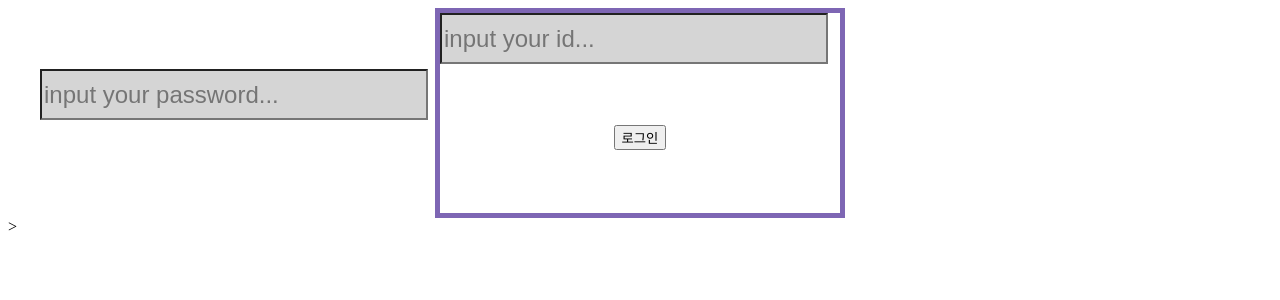
Repository: hyeong-jun-98/SL_front
Page: web0810/src/main/webapp/member/login_form.html
An editor plug-in stored every save of this project. The page is shown before and after the next save, followed by the edit.
The browser window is 1280 px wide. The pictures show the whole page.

Above is the page before, as saved 2022-08-10 03:21:13.

### web0810/src/main/webapp/member/login_form.html
<!DOCTYPE html>
<html lang="en">

<head>
    <meta charset="UTF-8">

    <title>Document</title>
    <style>
        #wrapper {
            width: 400px;
            height: 200px;
            border: 5px solid rgb(126, 102, 180);
            margin: auto;
        }

        input {
            width: 95%;
            height: 45px;
            background: #d5d5d5;
            font-size: 24px;
        }

        div {
            margin-bottom: 5px;
        }
    </style>
    <script src="https://ajax.googleapis.com/ajax/libs/jquery/3.6.0/jquery.min.js"></script>
    <script>
        function checkValid() {
            // 아이디 비밀번호 유효성 검증
            var id = document.querySelector("input[name = 'id']");
            var password = document.querySelector("input[name = 'password']");

            if (id.value.length < 1) {
                alert("아이디를 입력하세요.");
                id.focus();
            } else if (password.value.length < 1) {
                alert("비밀번호를 입력하시오.");
                password.focus();
            }

            $("form").attr({
                "action" :"/member/login.jsp",
                "method" : "post"
            });
            $("form").submit();


        }
        $(document).ready(function () {

            $("#id").animate({
                "left": "0px"
            })
            $("#password").animate({
                left: "0px"
            })

            $("button").click(function () {
                checkValid();
            })
        })

    </script>
</head>

<body>
    <form>
        <div id="wrapper">
            <div style="position: relative; left : -400px;" id="id">
                <input type="text" placeholder="input your id..." name="user_id">
            </div>
            <div style="position:relative; left: -400px;" name ="password">
                <input type="password" placeholder="input your password..." name="pass">
            </div>
            <div style="text-align: center;">
                <!-- html5에서 제공되는 button 요소는 내부적으로 자동 submit() 처리되어 있어서
                특히 form 태그로 감샀을 때 개발자가 submit() 호출하지 않아도 자동으로 전송한다.
                방지 방법 : js에서 막는방법, button 요소를 form 태그에서 꺼내버린다. -->
                <button>로그인</button>
            </div>
        </div>
    </form>
</body>

</html>>

After the next save:
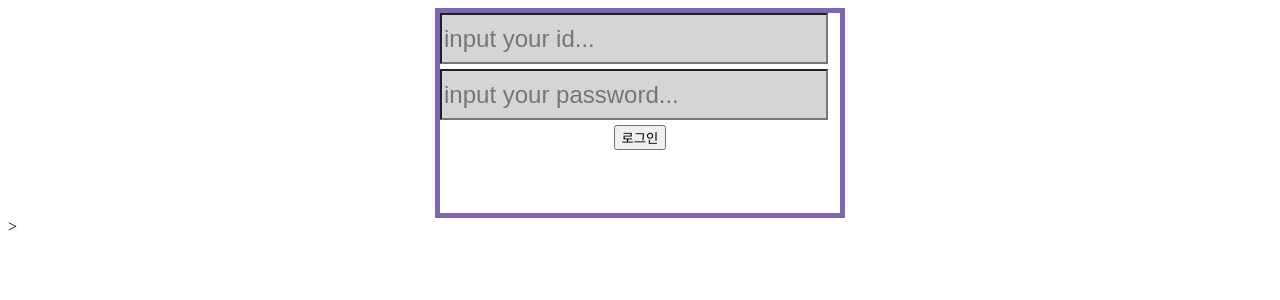
Saved 47 s later.
--- a/web0810/src/main/webapp/member/login_form.html
+++ b/web0810/src/main/webapp/member/login_form.html
@@ -70,7 +70,7 @@
             <div style="position: relative; left : -400px;" id="id">
                 <input type="text" placeholder="input your id..." name="user_id">
             </div>
-            <div style="position:relative; left: -400px;" name ="password">
+            <div style="position:relative; left: -400px;" id ="password">
                 <input type="password" placeholder="input your password..." name="pass">
             </div>
             <div style="text-align: center;">
